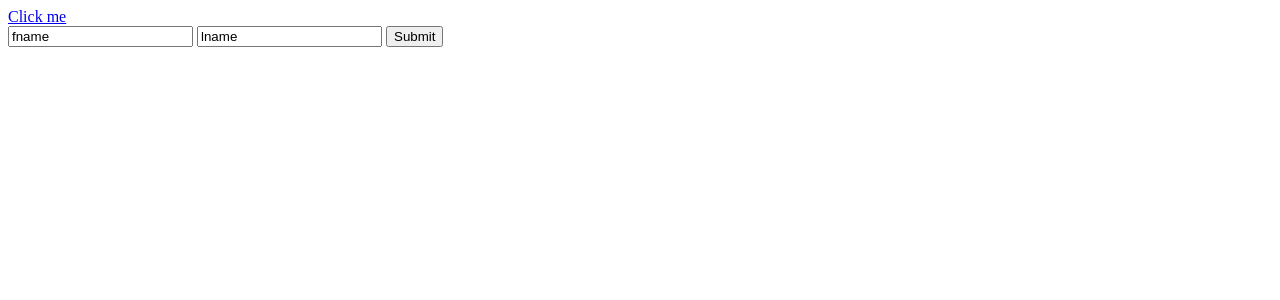
Repository: akki1071993/JavaServlet
Page: HttpServletFilterDemo/src/main/webapp/index.html
The author's editor kept a copy of each file at every save. The page is drawn from the files as they stood at one save, then again after the next save.
The browser window is 1280 px wide. The pictures show the whole page.

Above is the page before, as saved 2022-06-15 05:34:21.

### HttpServletFilterDemo/src/main/webapp/index.html
<!DOCTYPE html>
<html>
<head>
<meta charset="ISO-8859-1">
<title>Insert title here</title>
</head>
<body>


<a href="welcome">Click me</a>
<form action="loging" method="post">
<input type="text" value="fname">
<input type="text" value="lname">
<button type="submit" value="Ok"> Submit</button>


</form>
</body>
</html>

After the next save:
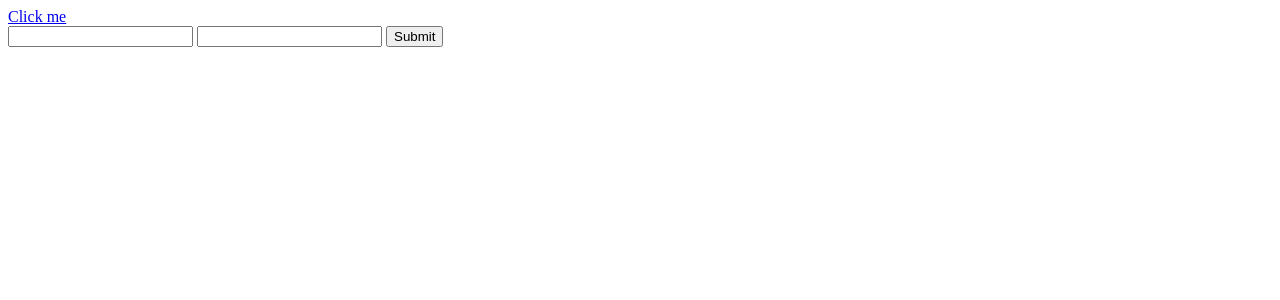
Saved 9 s later.
--- a/HttpServletFilterDemo/src/main/webapp/index.html
+++ b/HttpServletFilterDemo/src/main/webapp/index.html
@@ -9,8 +9,8 @@
 
 <a href="welcome">Click me</a>
 <form action="loging" method="post">
-<input type="text" value="fname">
-<input type="text" value="lname">
+<input type="text" name="fname">
+<input type="text" name="lname">
 <button type="submit" value="Ok"> Submit</button>
 
 
